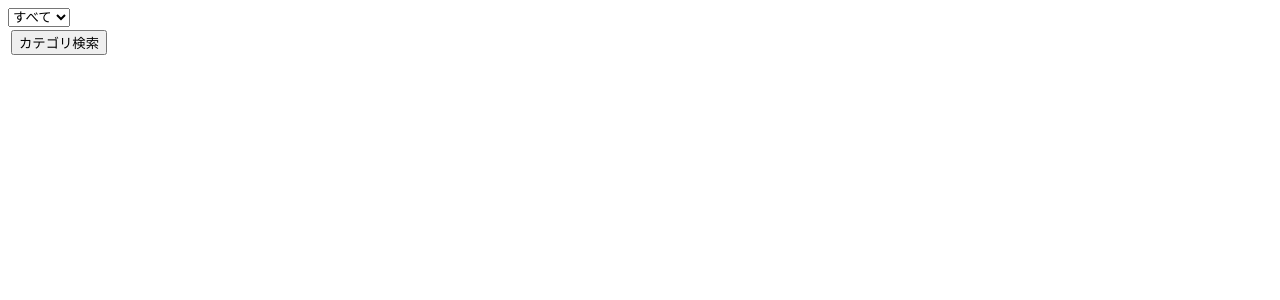
Repository: kousuke-2047/test
Page: http://localhost/Item/GosearchAction.action
These files come from the project's save history. The page is drawn as it stood at one moment and after the next save; the edit follows.
The browser window is 1280 px wide. The pictures show the whole page.
The page is served by Tomcat 9.

Above is the page before, as saved 2018-06-14 05:19:39.

After the next save:
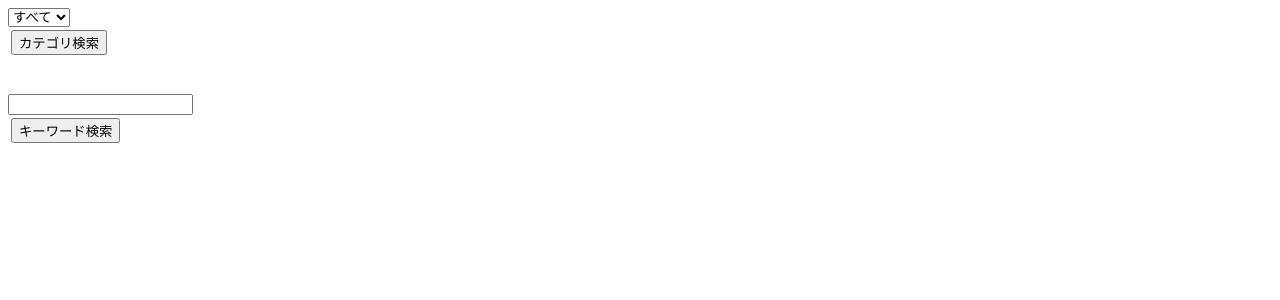
Saved 5 min 14 s later.
--- a/Item/WebContent/search.jsp
+++ b/Item/WebContent/search.jsp
@@ -25,9 +25,15 @@
 
 		<input type="hidden" name="number" value="1">
 		<s:submit value="カテゴリ検索"/>
+	</s:form>
+	<br><br>
+	<s:form action ="">
+		<input type="text" name="word">
+		<input type="hidden" name="number" value="1">
+		<s:submit value="キーワード検索"/>
+	</s:form>
 
 
-	</s:form>
 
 </body>
 </html>
